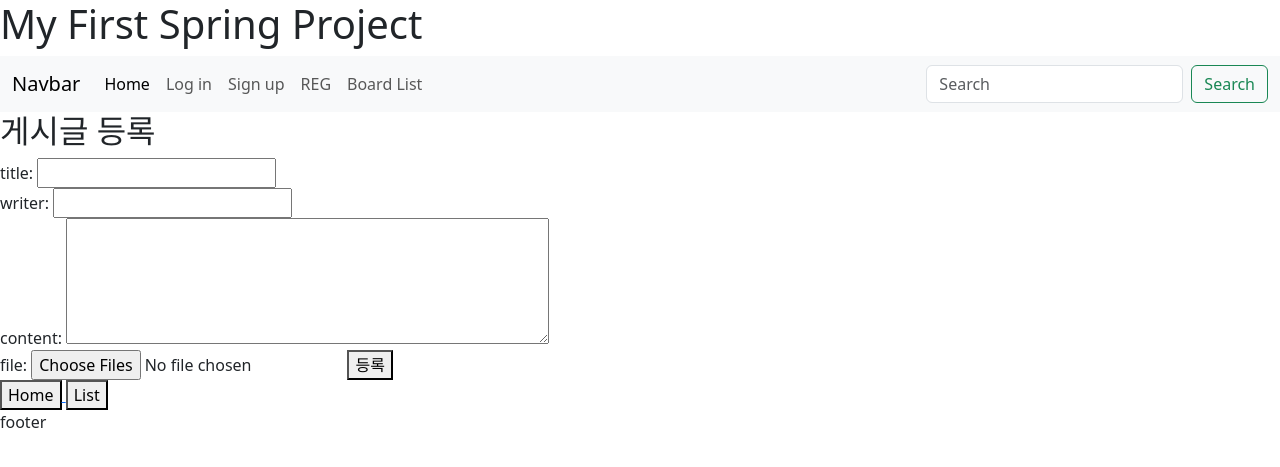
Repository: dfhdfhdfsza/springtest
Page: http://localhost/spring-Test/WEB-INF/views/board/register.jsp
An editor plug-in stored every save of this project. The page is shown before and after the next save, followed by the edit.
The browser window is 1280 px wide. The pictures show the whole page.
The page is served by Tomcat 9. Nobody is signed in. Other server files are loaded and not shown. The template is opened directly, without the code that normally fills it, so the values that code supplies are empty.

Above is the page before, as saved 2023-10-12 07:53:21.

### spring-Test/src/main/webapp/WEB-INF/views/board/register.jsp
<%@ page language="java" contentType="text/html; charset=UTF-8"
    pageEncoding="UTF-8"%>
    <%@ taglib uri="http://java.sun.com/jsp/jstl/core" prefix="c"%>
<!DOCTYPE html>
<html>

<head>
<meta charset="UTF-8">
<title>Insert title here</title>
</head>
<body>
	<jsp:include page="../layout/header.jsp"></jsp:include>
	<h2>게시글 등록</h2>
	<!-- mapping 상태는 get/post가 별도의 mapping을 가짐 -->
	<form action="/board/register" method="post">
		title: <input type="text" name="title"> <br>
		writer: <input type="text" name="writer" value="${loginmvo.id}" readonly="readonly"> <br>
		content: <textarea rows="5" cols="50" name="content"></textarea> <br>
		<!-- multiple:한번에 여러개의 파일을 등록 -->
		file: <input type="file" id="file" name="files" multiple="multiple">
		<button type="submit">등록</button> <br>
	</form>
	<a href="/">
		<button type="button">Home</button>
	</a>
	<a href="/board/List">
		<button type="button">List</button>
	</a>
	<jsp:include page="../layout/footer.jsp"></jsp:include>
</body>
</html>

### spring-Test/src/main/webapp/WEB-INF/views/layout/header.jsp
<%@ page language="java" contentType="text/html; charset=UTF-8"
    pageEncoding="UTF-8"%>
    <%@ taglib prefix="c" uri="http://java.sun.com/jsp/jstl/core" %>
<!DOCTYPE html>
<html>
<head>
<meta charset="UTF-8">
<title>Insert title here</title>
<link href="https://cdn.jsdelivr.net/npm/bootstrap@5.3.1/dist/css/bootstrap.min.css" rel="stylesheet" integrity="sha384-4bw+/aepP/YC94hEpVNVgiZdgIC5+VKNBQNGCHeKRQN+PtmoHDEXuppvnDJzQIu9" crossorigin="anonymous">
<script src="https://cdn.jsdelivr.net/npm/bootstrap@5.3.1/dist/js/bootstrap.bundle.min.js" integrity="sha384-HwwvtgBNo3bZJJLYd8oVXjrBZt8cqVSpeBNS5n7C8IVInixGAoxmnlMuBnhbgrkm" crossorigin="anonymous"></script>
</head>
<body>
	<h1>My First Spring Project</h1>
	<nav class="navbar navbar-expand-lg bg-body-tertiary">
  <div class="container-fluid">
    <a class="navbar-brand" href="#">Navbar</a>
    <button class="navbar-toggler" type="button" data-bs-toggle="collapse" data-bs-target="#navbarSupportedContent" aria-controls="navbarSupportedContent" aria-expanded="false" aria-label="Toggle navigation">
      <span class="navbar-toggler-icon"></span>
    </button>
    <div class="collapse navbar-collapse" id="navbarSupportedContent">
      <ul class="navbar-nav me-auto mb-2 mb-lg-0">
        <li class="nav-item">
          <a class="nav-link active"  href="/">Home</a>
        </li>
       <c:if test="${loginmvo eq null}">
       		<li class="nav-item">
          		<a class="nav-link" href="/member/login" >Log in</a>
        	</li>
       </c:if>
        <c:if test="${loginmvo ne null}">
        	<li class="nav-item">
          		<a class="nav-link"  href="/member/logout">Log out</a>
        	</li>
        </c:if>
        <li class="nav-item">
          <a class="nav-link" href="/member/signup">Sign up</a>
        </li>
        <li class="nav-item">
          <a class="nav-link"  href="/board/register">REG</a>
        </li>
        <li class="nav-item">
          <a class="nav-link" href="/board/list">Board List</a>
        </li>
        <c:if test="${loginmvo ne null}">
        	<li> <a class="nav-link" href="/member/modify">${loginmvo.id} 님 로그인되셨습니다.</a></li>
		</c:if>
      </ul>
      <form class="d-flex" role="search">
        <input class="form-control me-2" type="search" placeholder="Search" aria-label="Search">
        <button class="btn btn-outline-success" type="submit">Search</button>
      </form>
    </div>
  </div>
</nav>

### spring-Test/src/main/webapp/WEB-INF/views/layout/footer.jsp
<%@ page language="java" contentType="text/html; charset=UTF-8"
    pageEncoding="UTF-8"%>


	<div>
		footer
	</div>
</body>
</html>

After the next save:
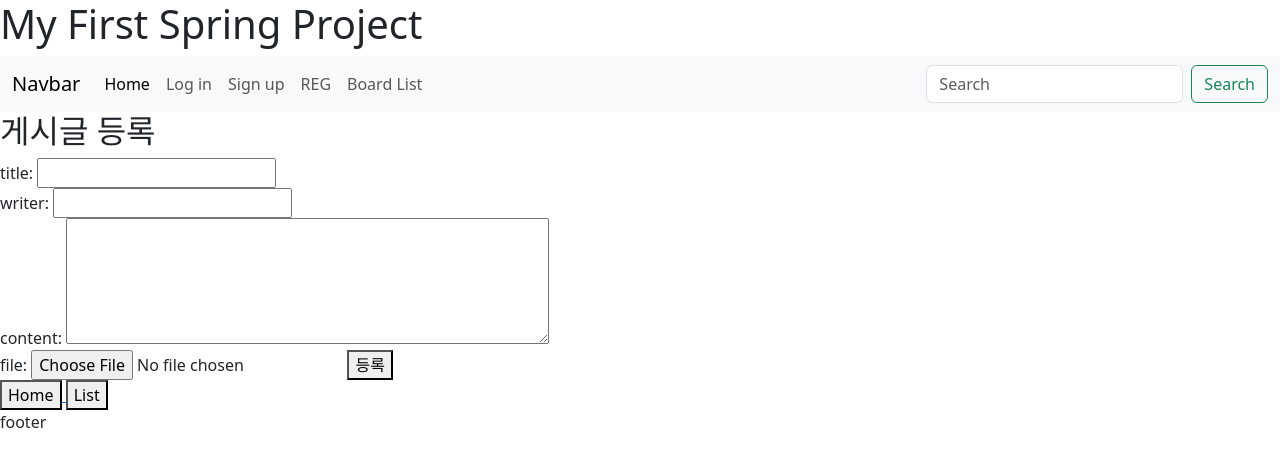
Saved 46 s later.
--- a/spring-Test/src/main/webapp/WEB-INF/views/board/register.jsp
+++ b/spring-Test/src/main/webapp/WEB-INF/views/board/register.jsp
@@ -17,7 +17,7 @@
 		writer: <input type="text" name="writer" value="${loginmvo.id}" readonly="readonly"> <br>
 		content: <textarea rows="5" cols="50" name="content"></textarea> <br>
 		<!-- multiple:한번에 여러개의 파일을 등록 -->
-		file: <input type="file" id="file" name="files" multiple="multiple">
+		file: <input type="file" id="file" name="files">
 		<button type="submit">등록</button> <br>
 	</form>
 	<a href="/">

After the save that followed:
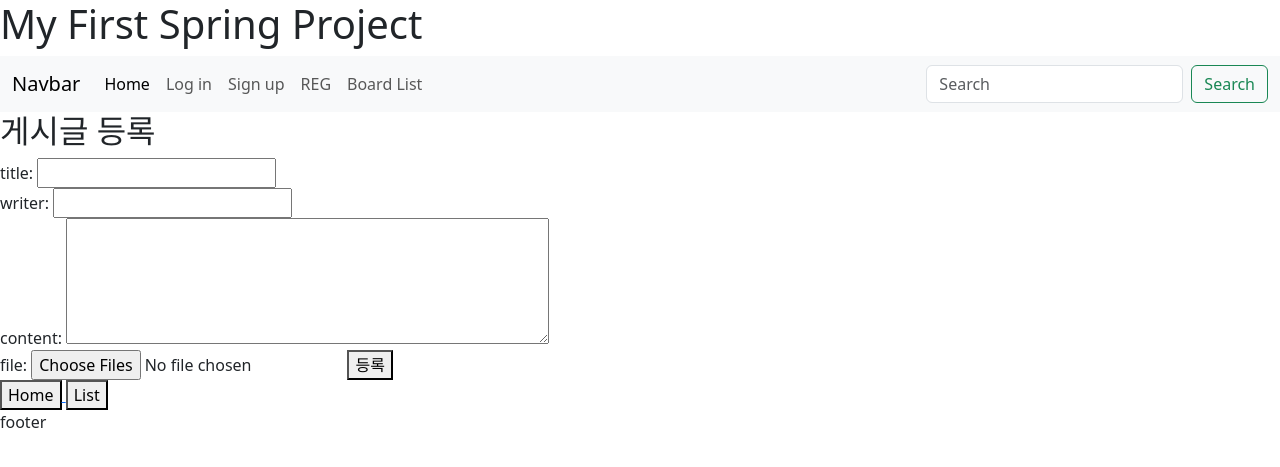
Saved 9 s later.
--- a/spring-Test/src/main/webapp/WEB-INF/views/board/register.jsp
+++ b/spring-Test/src/main/webapp/WEB-INF/views/board/register.jsp
@@ -17,7 +17,7 @@
 		writer: <input type="text" name="writer" value="${loginmvo.id}" readonly="readonly"> <br>
 		content: <textarea rows="5" cols="50" name="content"></textarea> <br>
 		<!-- multiple:한번에 여러개의 파일을 등록 -->
-		file: <input type="file" id="file" name="files">
+		file: <input type="file" id="file" name="files" multiple="multiple">
 		<button type="submit">등록</button> <br>
 	</form>
 	<a href="/">
